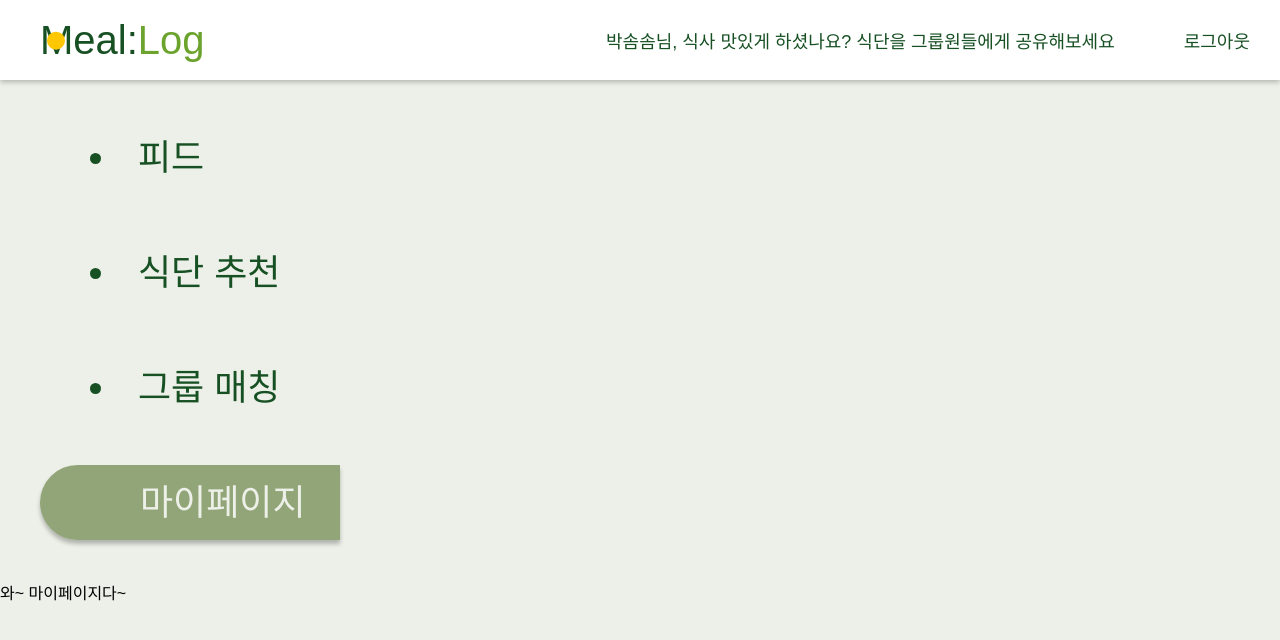
Repository: mealLog-databaseProgramming/MealLog
Page: http://localhost/meal-log/index.jsp
These files come from the project's save history. The page is drawn as it stood at one moment and after the next save; the edit follows.
The browser window is 1280 px wide. The pictures show the whole page.
Some icons come from a web library that is not loaded, so they are not drawn. Some web fonts or font styles are not loaded; a fallback is used. The page is served by Tomcat 9.

Above is the page before, as saved 2022-09-29 16:11:12.

After the next save:
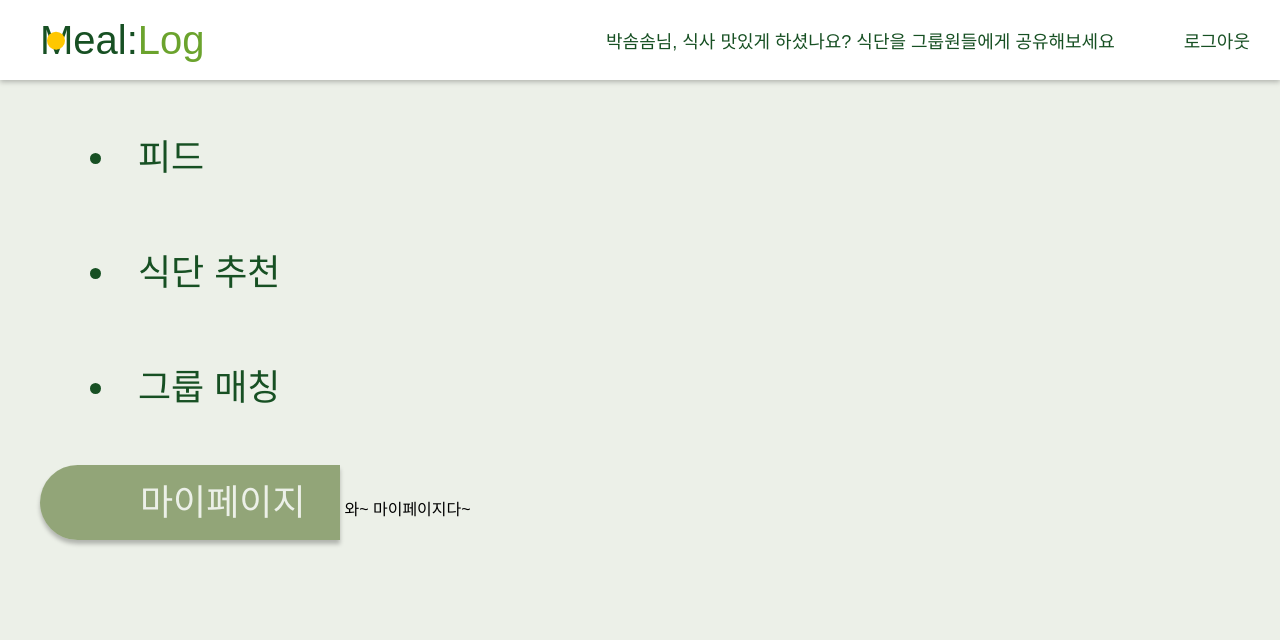
Saved 28 s later.
--- a/meal-log/src/main/webapp/resources/css/index.css
+++ b/meal-log/src/main/webapp/resources/css/index.css
@@ -99,7 +99,7 @@ body {
 
 
 .Nav {
-	display: flex;
+	display: inline-block;
 	list-style: inside;
 
 	font-size: 36px;

After the save that followed:
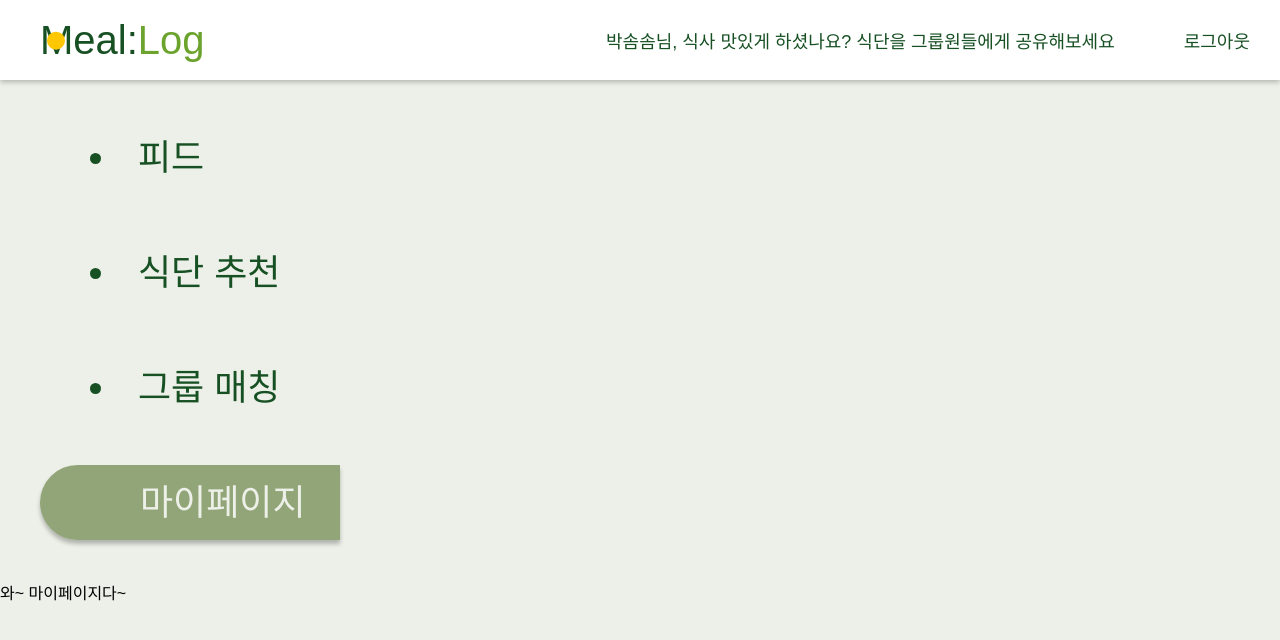
Saved 8 s later.
--- a/meal-log/src/main/webapp/resources/css/index.css
+++ b/meal-log/src/main/webapp/resources/css/index.css
@@ -132,5 +132,5 @@ body {
 }
 
 .Content {
-	display: inline-block;
+
 }
